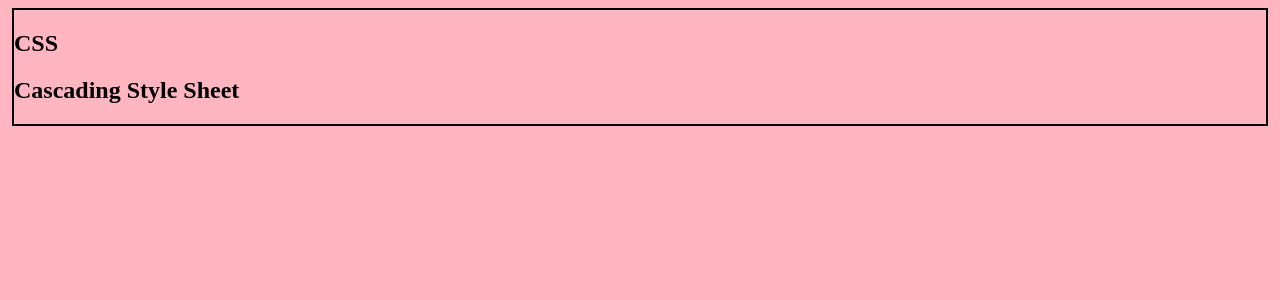
Repository: Sid0130/HTML
Page: lab-web/lab02_css/src/main/webapp/index.html
The author's editor kept a copy of each file at every save. The page is drawn from the files as they stood at one save, then again after the next save.
The browser window is 1280 px wide. The pictures show the whole page.

Above is the page before, as saved 2024-12-04 06:53:53.

### lab-web/lab02_css/src/main/webapp/index.html
<!DOCTYPE html>
<html>
	<head>
		<meta charset="UTF-8">
		<title>Lab02 CSS</title>

        <!-- 외부 CSS 파일 링크 -->
        <link rel="stylesheet" href="css/mystyle.css"/>
	</head>
	<body>

<!-- 메인이라는 의미만 갖고있는 -->
		<main> <!-- 웹 페이지의 주요 영역(main devision)라는 의미를 갖는 태그. -->
            <section> <!-- 웹 페이지의 섹션 영역(section division)이라는 의미를 갖는 태그. -->
                <h1>CSS</h1>
                <h2>Cascading Style Sheet</h2>
            </section>
        </main>
	</body>
</html>

<!--
Front-End 개발 언어:
1. HTML: 웹 페이지의 정적 컨텐츠(링크, 이미지, 테이블, 폼, 리스트, ...)들을 작성하는 언어
2. CSS: 웹 페이지의 스타일(요소 배치, 색상, 모양, 크기, ...)들을 작성하는 언어.
3. JavaScript: 웹 페이지의 동적 변화, 이벤트 처리, 서버와 통신 등과 같은 기능을 구현하는 언어.
   **중요: 브라우저에서 실행되는 프로그래밍 언어. 노드js가 서버에서 해주기도 하는데  일반적으로 브라우저에서 실행.

CSS 적용 방법:
1. 외부(external) CSS: 별도의 css 파일에서 작성된 내용을 html 파일에서 링크해서 사용.
2. 내부(internal) CSS: HTML 파일의 <script> 태그 안에서 스타일을 작성.
3. inline CSS: 각각의 HTML 태그 요소 안에서 style 속성(attribute) 값을 작성.
-->

### lab-web/lab02_css/src/main/webapp/css/mystyle.css
@charset "UTF-8";  /* CSS 파일의 인코딩 선언*/

/*
 * CSS 문법:
 * selector {
 *     property: value;
 *     ...
 * }
 */

body {
    background-color: LightPink; /* 바탕색 */
}

main{
    border: 2px solid black; /* 테두리선 굵기, 모양, 색깔 */
    margin: 4px; /* 테두리선 바깥 여백 */
}

After the next save:
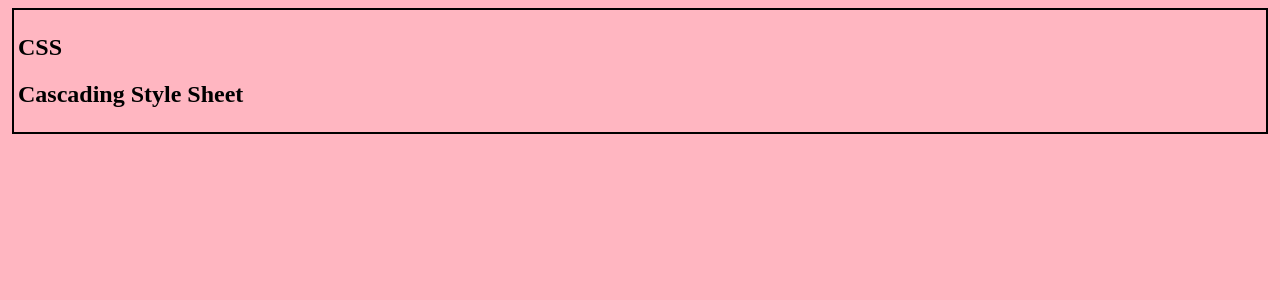
Saved 110 s later.
--- a/lab-web/lab02_css/src/main/webapp/css/mystyle.css
+++ b/lab-web/lab02_css/src/main/webapp/css/mystyle.css
@@ -15,4 +15,5 @@ body {
 main{
     border: 2px solid black; /* 테두리선 굵기, 모양, 색깔 */
     margin: 4px; /* 테두리선 바깥 여백 */
+    padding: 4px; /* 테두리선 안쪽 여백 */
 }
